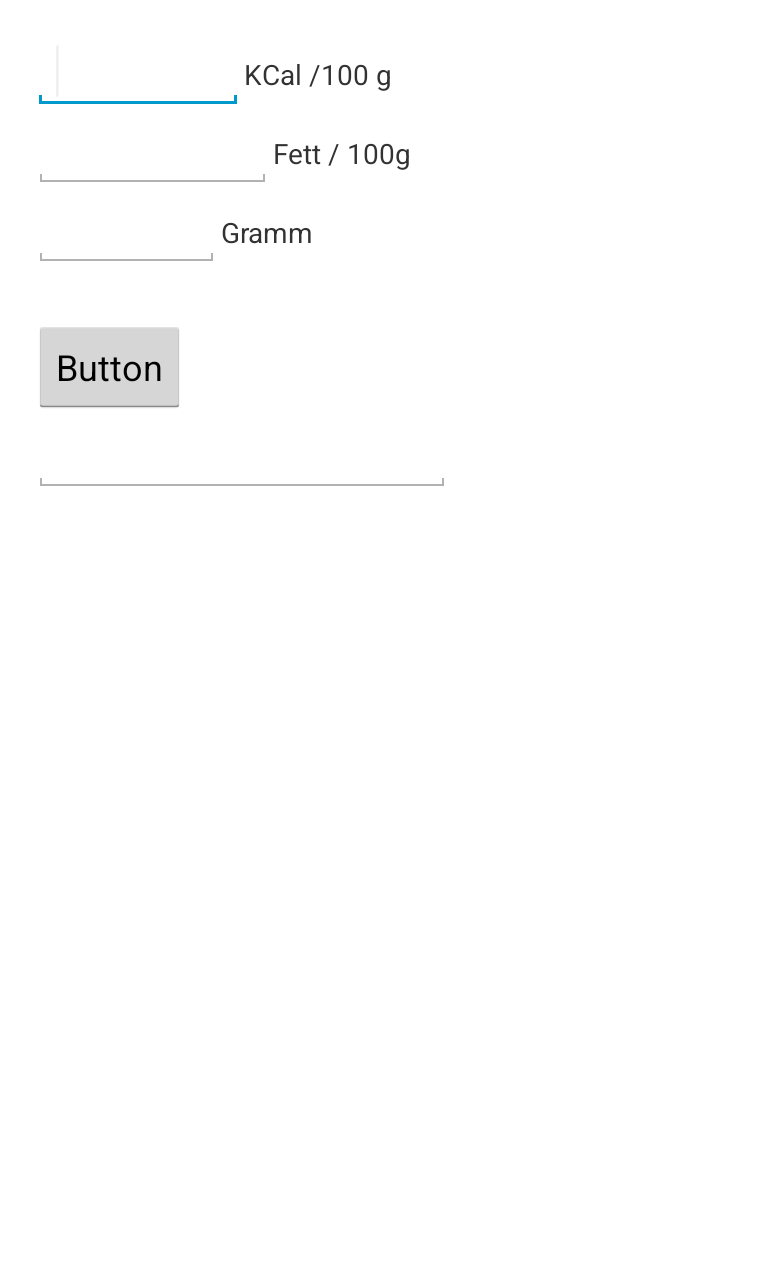
Repository: mikereckhaus/BineWatchers
Layout: BineWatchers/res/layout/activity_main.xml
The author's editor kept a copy of each file at every save. The layout is drawn from the files as they stood at one save, then again after the next save.
It is drawn on a 768 x 1280 px phone screen (xhdpi) without system bars, with theme AppTheme; the app's code is not run.

Above is the layout before, as saved 2014-01-06 21:17:32.

### BineWatchers/res/layout/activity_main.xml
<RelativeLayout xmlns:android="http://schemas.android.com/apk/res/android"
    xmlns:tools="http://schemas.android.com/tools"
    android:layout_width="match_parent"
    android:layout_height="match_parent"
    android:paddingBottom="@dimen/activity_vertical_margin"
    android:paddingLeft="@dimen/activity_horizontal_margin"
    android:paddingRight="@dimen/activity_horizontal_margin"
    android:paddingTop="@dimen/activity_vertical_margin"
    tools:context=".MainActivity" >

    <LinearLayout
        android:id="@+id/linearLayout1"
        android:layout_width="wrap_content"
        android:layout_height="wrap_content"
        android:layout_alignParentTop="true"
        android:orientation="vertical" >

        <LinearLayout
            android:layout_width="wrap_content"
            android:layout_height="wrap_content" >

            <EditText
                android:id="@+id/editTextKCal"
                android:layout_width="106dp"
                android:layout_height="wrap_content"
                android:inputType="numberDecimal" >

                <requestFocus />
            </EditText>

            <TextView
                android:id="@+id/textView1"
                android:layout_width="wrap_content"
                android:layout_height="wrap_content"
                android:layout_weight="1"
                android:text="KCal /100 g" />
        </LinearLayout>

        <LinearLayout
            android:layout_width="match_parent"
            android:layout_height="wrap_content" >

            <EditText
                android:id="@+id/editTextFat"
                android:layout_width="wrap_content"
                android:layout_height="wrap_content"
                android:layout_weight="4.68"
                android:inputType="numberDecimal" />

            <TextView
                android:id="@+id/textView2"
                android:layout_width="wrap_content"
                android:layout_height="wrap_content"
                android:layout_weight="1"
                android:text="Fett / 100g" />
        </LinearLayout>

        <LinearLayout
            android:layout_width="match_parent"
            android:layout_height="wrap_content" >

            <EditText
                android:id="@+id/editTextWeight"
                android:layout_width="wrap_content"
                android:layout_height="wrap_content"
                android:layout_weight="1"
                android:inputType="numberDecimal" />

            <TextView
                android:id="@+id/textView3"
                android:layout_width="wrap_content"
                android:layout_height="wrap_content"
                android:layout_weight="1"
                android:text="Gramm" />

        </LinearLayout>

        <Button
            android:id="@+id/buttonCalculate"
            android:layout_width="wrap_content"
            android:layout_height="wrap_content"
            android:layout_marginTop="25dp"
            android:text="Button" />

        <EditText
            android:id="@+id/editTextPoints"
            android:layout_width="wrap_content"
            android:layout_height="wrap_content"
            android:ems="10"
            android:inputType="numberDecimal" />

    </LinearLayout>

</RelativeLayout>

Loaded but not shown: BineWatchers/res/values/styles.xml (common file); BineWatchers/res/values-v11/styles.xml (common file); BineWatchers/res/values-v14/styles.xml (common file); BineWatchers/res/values/dimens.xml (common file)

After the next save:
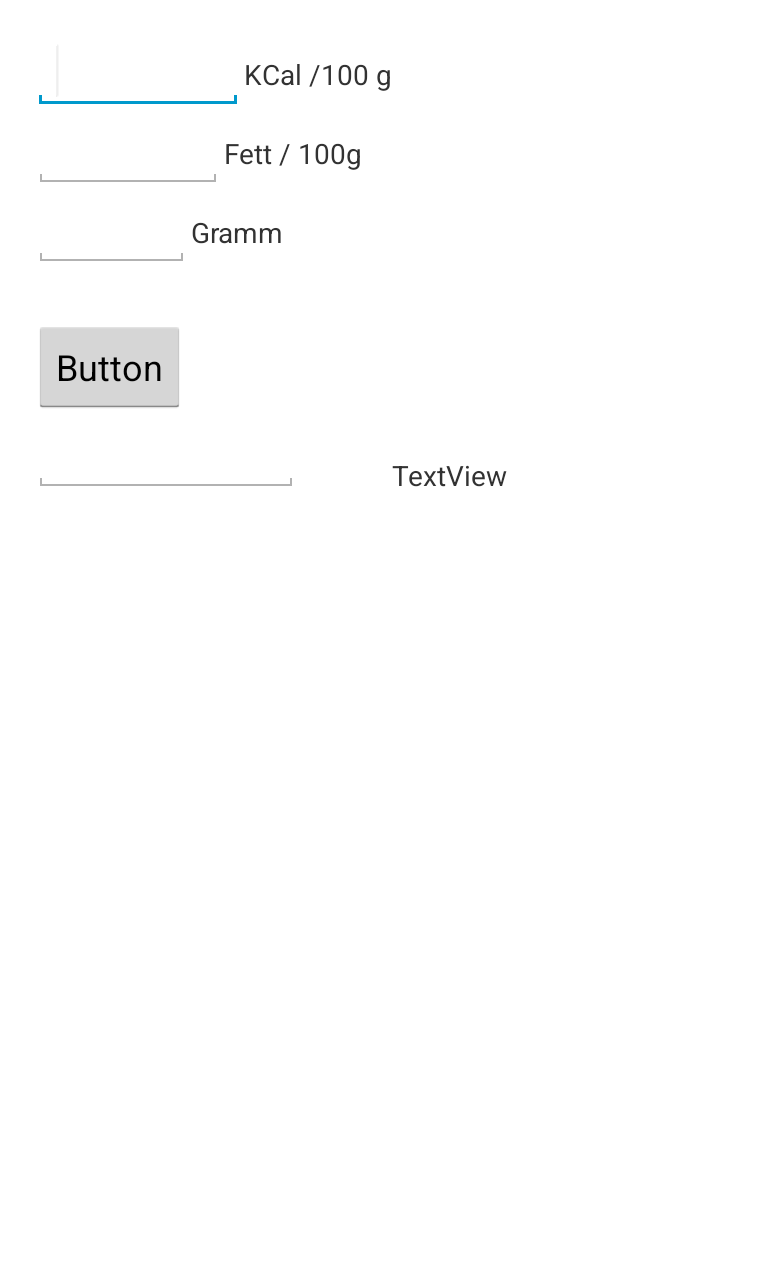
Saved 70 s later.
--- a/BineWatchers/res/layout/activity_main.xml
+++ b/BineWatchers/res/layout/activity_main.xml
@@ -84,11 +84,19 @@
 
         <EditText
             android:id="@+id/editTextPoints"
-            android:layout_width="wrap_content"
+            android:layout_width="134dp"
             android:layout_height="wrap_content"
             android:ems="10"
             android:inputType="numberDecimal" />
 
     </LinearLayout>
 
+    <TextView
+        android:id="@+id/textView4"
+        android:layout_width="wrap_content"
+        android:layout_height="wrap_content"
+        android:layout_alignBottom="@+id/linearLayout1"
+        android:layout_toRightOf="@+id/linearLayout1"
+        android:text="TextView" />
+
 </RelativeLayout>
